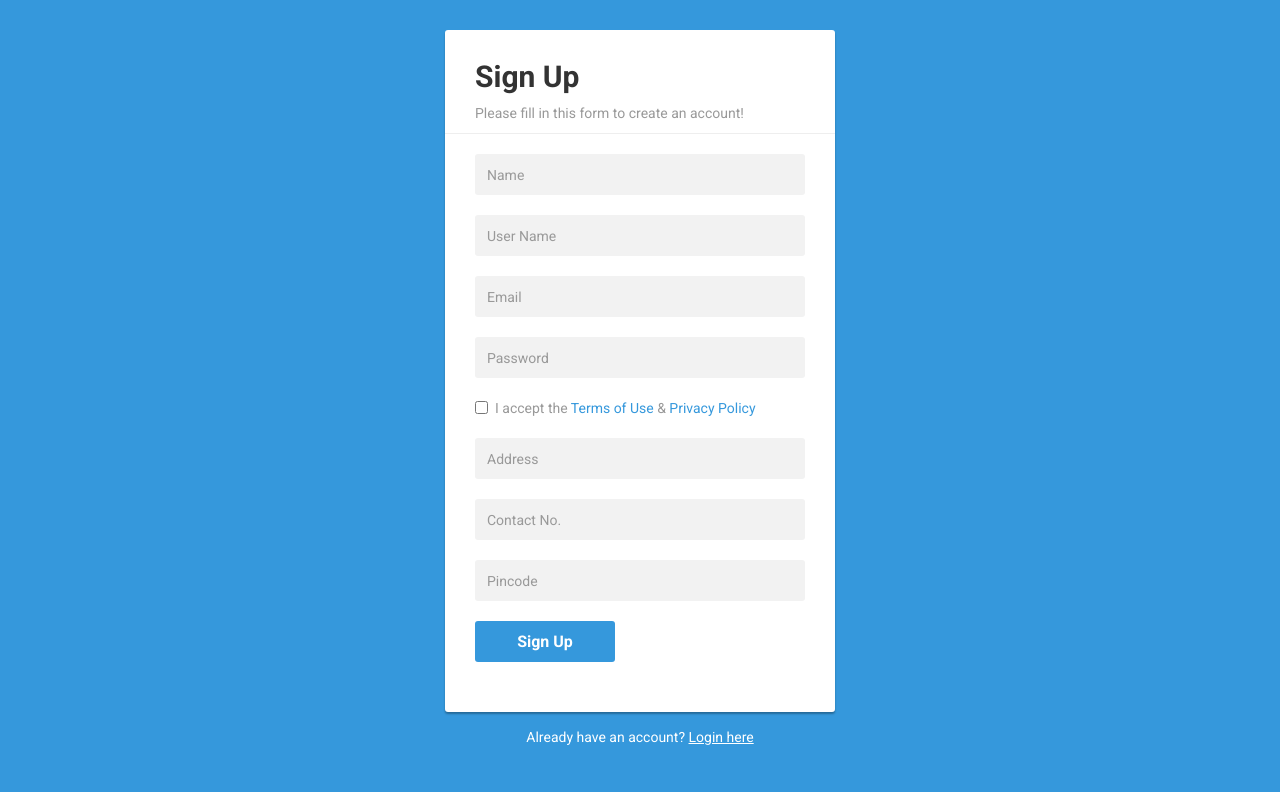
Repository: Rajat-Jain29/Java-Spring-Boot
Page: http://localhost/Registration/register.jsp
These files come from the project's save history. The page is drawn as it stood at one moment and after the next save; the edit follows.
The browser window is 1280 px wide. The pictures show the whole page.
The page is served by Tomcat 9. Other server files are loaded and not shown.

Above is the page before, as saved 2021-03-21 09:25:31.

### Registration/Registration/WebContent/register.jsp
<%@ page language="java" contentType="text/html; charset=ISO-8859-1"
    pageEncoding="ISO-8859-1"%>
<!DOCTYPE html PUBLIC "-//W3C//DTD HTML 4.01 Transitional//EN" "http://www.w3.org/TR/html4/loose.dtd">
<html lang="en">
<head>
<meta charset="utf-8">
<meta http-equiv="X-UA-Compatible" content="IE=edge">
<meta name="viewport" content="width=device-width, initial-scale=1">
<link href="https://fonts.googleapis.com/css?family=Roboto:400,700" rel="stylesheet">
<title>SIGN UP FORM</title>
<link rel="stylesheet" href="https://maxcdn.bootstrapcdn.com/bootstrap/3.3.7/css/bootstrap.min.css">
<script src="https://ajax.googleapis.com/ajax/libs/jquery/1.12.4/jquery.min.js"></script>
<script src="https://maxcdn.bootstrapcdn.com/bootstrap/3.3.7/js/bootstrap.min.js"></script>
<style>
	body {
		color: #fff;
		background: #3598dc;
		font-family: 'Roboto', sans-serif;
	}
    .form-control{
		height: 41px;
		background: #f2f2f2;
		box-shadow: none !important;
		border: none;
	}
	.form-control:focus{
		background: #e2e2e2;
	}
    .form-control, .btn{
        border-radius: 3px;
    }
	.signup-form{
		width: 390px;
		margin: 30px auto;
	}
	.signup-form form{
		color: #999;
		border-radius: 3px;
    	margin-bottom: 15px;
        background: #fff;
        box-shadow: 0px 2px 2px rgba(0, 0, 0, 0.3);
        padding: 30px;
    }
	.signup-form h2 {
		color: #333;
		font-weight: bold;
        margin-top: 0;
    }
    .signup-form hr {
        margin: 0 -30px 20px;
    }
	.signup-form .form-group{
		margin-bottom: 20px;
	}
	.signup-form input[type="checkbox"]{
		margin-top: 3px;
	}
	.signup-form .row div:first-child{
		padding-right: 10px;
	}
	.signup-form .row div:last-child{
		padding-left: 10px;
	}
    .signup-form .btn{
        font-size: 16px;
        font-weight: bold;
		background: #3598dc;
		border: none;
		min-width: 140px;
    }
	.signup-form .btn:hover, .signup-form .btn:focus{
		background: #2389cd !important;
        outline: none;
	}
    .signup-form a{
		color: #fff;
		text-decoration: underline;
	}
	.signup-form a:hover{
		text-decoration: none;
	}
	.signup-form form a{
		color: #3598dc;
		text-decoration: none;
	}
	.signup-form form a:hover{
		text-decoration: underline;
	}
    .signup-form .hint-text {
		padding-bottom: 15px;
		text-align: center;
    }
</style>
</head>
<body>
<div class="signup-form">
    <form action="/examples/actions/confirmation.php" method="post">
		<h2>Sign Up</h2>
		<p>Please fill in this form to create an account!</p>
		<hr>
        <div class="form-group">

				<input type="text" class="form-control" name="Name" placeholder="Name" required="required">


        </div>
          <div class="form-group">

				<input type="text" class="form-control" name="username" placeholder="User Name" required="required">


        </div>


        <div class="form-group">
        	<input type="email" class="form-control" name="email" placeholder="Email" required="required">
        </div>
		<div class="form-group">
            <input type="password" class="form-control" name="password" placeholder="Password" required="required">
        </div>


        <div class="form-group">
			<label class="checkbox-inline"><input type="checkbox" required="required"> I accept the <a href="#">Terms of Use</a> &amp; <a href="#">Privacy Policy</a></label>
		</div>

		  <div class="form-group">

				<input type="text" class="form-control" name="address" placeholder="Address" required="required">


        </div>

          <div class="form-group">

				<input type="text" class="form-control" name="phone" placeholder="Contact No." required="required">


        </div>

          <div class="form-group">

				<input type="text" class="form-control" name="Pincode" placeholder="Pincode" required="required">


        </div>
		<div class="form-group">
            <button type="submit" class="btn btn-primary btn-lg">Sign Up</button>
        </div>
    </form>
	<div class="hint-text">Already have an account? <a href="#">Login here</a></div>
</div>
</body>
</html>

After the next save:
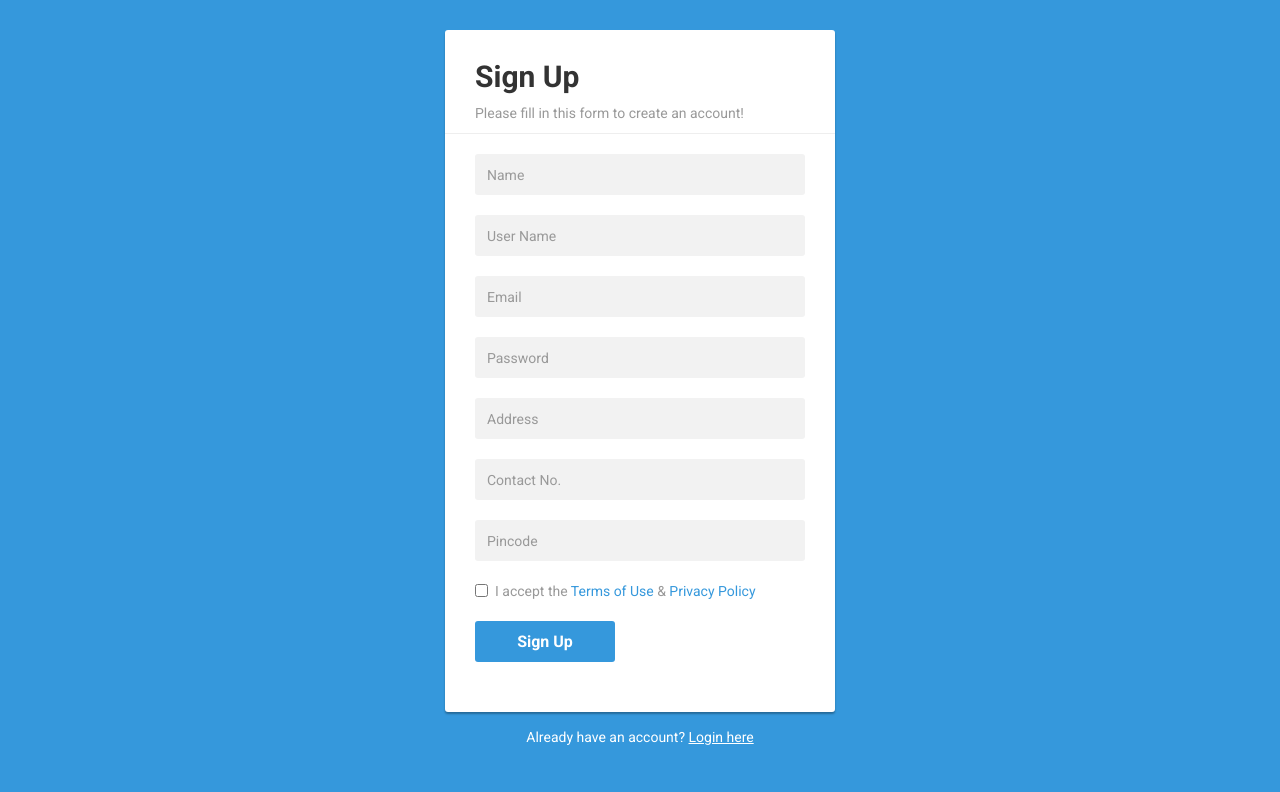
Saved 25 s later.
--- a/Registration/Registration/WebContent/register.jsp
+++ b/Registration/Registration/WebContent/register.jsp
@@ -120,9 +120,6 @@
         </div>
 
 
-        <div class="form-group">
-			<label class="checkbox-inline"><input type="checkbox" required="required"> I accept the <a href="#">Terms of Use</a> &amp; <a href="#">Privacy Policy</a></label>
-		</div>
 
 		  <div class="form-group">
 
@@ -144,6 +141,10 @@
 
 
         </div>
+
+        <div class="form-group">
+			<label class="checkbox-inline"><input type="checkbox" required="required"> I accept the <a href="#">Terms of Use</a> &amp; <a href="#">Privacy Policy</a></label>
+		</div>
 		<div class="form-group">
             <button type="submit" class="btn btn-primary btn-lg">Sign Up</button>
         </div>
